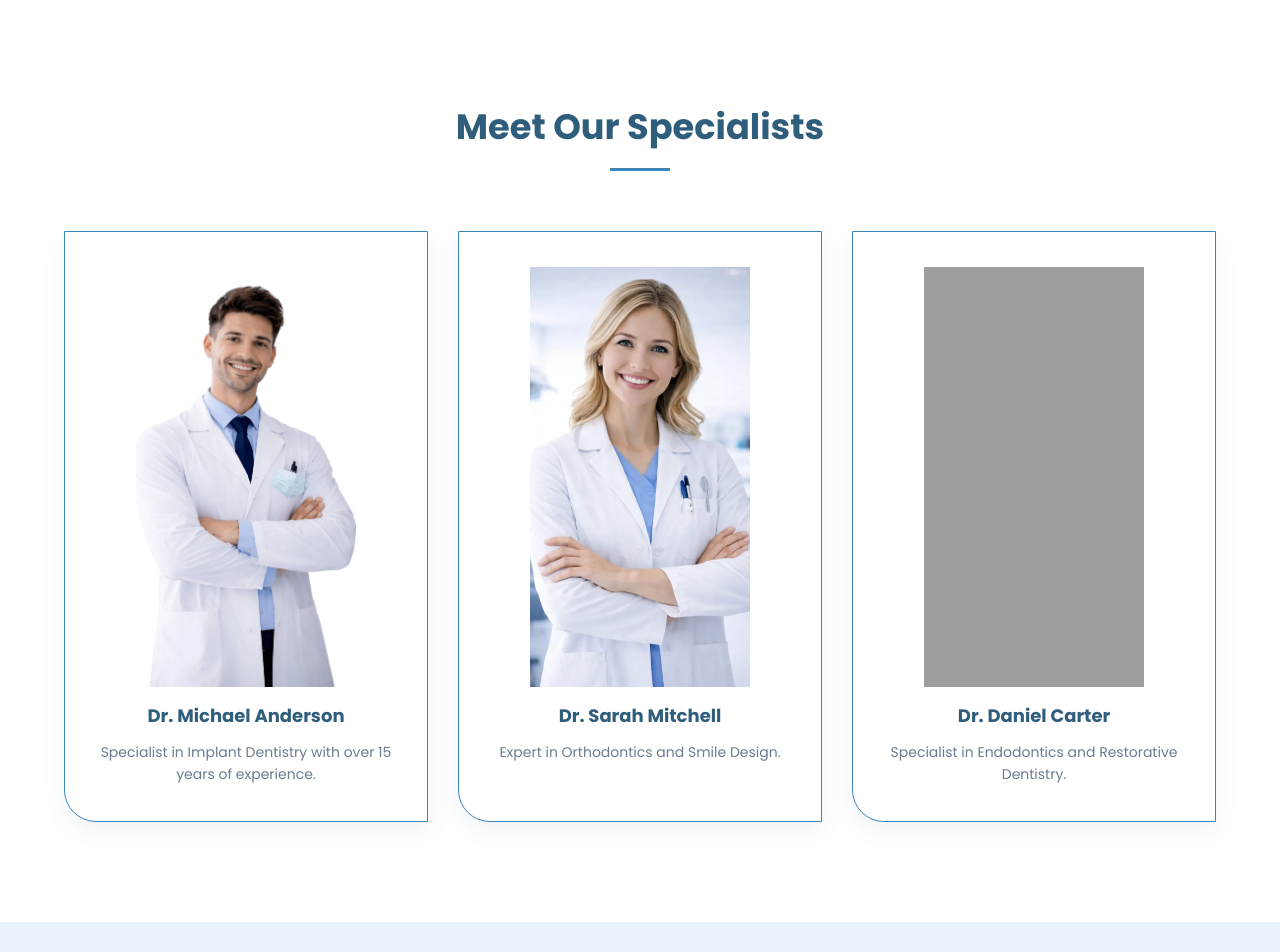
Repository: davidfsillva/OdontoPrime
Page: about.html
The author's editor kept a copy of each file at every save. The page is drawn from the files as they stood at one save, then again after a run of saves.
The browser window is 1280 px wide. The pictures show the part of the page from y = 1580 to 2532 px (the page is 3673 px tall).
Pictures or frames that could not be fetched are drawn as grey boxes. A picture or video elsewhere on the page could not be fetched, so the positions and the page height are approximate.

Above is the page before, as saved 2026-02-16 22:11:53.

### about.html
<!DOCTYPE html>
<html lang="en">
<head>
<meta charset="UTF-8">
<meta name="viewport" content="width=device-width, initial-scale=1.0">
<title>About - OdontoPrime Excellence</title>

<link rel="stylesheet" href="style.css">
<link href="https://fonts.googleapis.com/css2?family=Poppins:wght@300;400;600;700&display=swap" rel="stylesheet">
</head>

<body>

<!-- HEADER -->
<header>
    <div class="container nav-container">
        <div class="logo">OdontoPrime</div>

        <nav id="nav">
            <a href="index.html">Home</a>
            <a href="about.html" class="active">About</a>
            <a href="services.html">Services</a>
            <a href="contact.html">Contact</a>
        </nav>

        <div class="menu-toggle" onclick="toggleMenu()">☰</div>
    </div>
</header>

<!-- HERO ABOUT -->
<section class="hero hero-about">
    <div class="container hero-content">
        <div class="hero-text">
            <h1>About OdontoPrime Excellence</h1>
            <p>
                Dedicated to delivering advanced dental care with precision,
                innovation, and a patient-centered approach.
            </p>
        </div>
    </div>
</section>

<!-- OUR STORY -->
<section class="about-preview">
    <div class="container about-grid">
        <div class="about-text">
            <h2>Our Story</h2>
            <p>
                Founded over a decade ago, OdontoPrime Excellence was created with a clear mission:
                to redefine modern dentistry through innovation, comfort, and excellence.
                Our clinic combines advanced technology with a humanized approach,
                ensuring each patient receives personalized and comprehensive care.
            </p>

            <p>
                Over the years, we have built a reputation for delivering long-lasting results,
                aesthetic precision, and preventive solutions that promote complete oral health.
            </p>
        </div>

        <div class="about-image">
            <img src="img/clinic-interior.webp" alt="Dental clinic interior">
        </div>
    </div>
</section>

<!-- MISSION VISION VALUES -->
<section class="departments">
    <div class="container">
        <h2>Our Principles</h2>

        <div class="dept-grid">

            <div class="card">
                <h3>Our Mission</h3>
                <p>
                    To provide exceptional dental care using modern techniques,
                    ensuring comfort, safety, and long-term oral health.
                </p>
            </div>

            <div class="card">
                <h3>Our Vision</h3>
                <p>
                    To become a reference in advanced aesthetic and restorative dentistry,
                    recognized for innovation and patient satisfaction.
                </p>
            </div>

            <div class="card">
                <h3>Our Values</h3>
                <p>
                    Ethics, transparency, precision, empathy, and commitment
                    to excellence in every treatment performed.
                </p>
            </div>

        </div>
    </div>
</section>

<!-- OUR TEAM -->
<section class="why-us">
    <div class="container">
        <h2>Meet Our Specialists</h2>

        <div class="dept-grid">

            <div class="card">
                <img src="img/dr - Copia.png" alt="Lead dentist">
                <h3>Dr. Michael Anderson</h3>
                <p>Specialist in Implant Dentistry with over 15 years of experience.</p>
            </div>

            <div class="card">
                <img src="img/sara.webp" alt="Orthodontist">
                <h3>Dr. Sarah Mitchell</h3>
                <p>Expert in Orthodontics and Smile Design.</p>
            </div>

            <div class="card">
                <img src="img/dentist3.webp" alt="Endodontist">
                <h3>Dr. Daniel Carter</h3>
                <p>Specialist in Endodontics and Restorative Dentistry.</p>
            </div>

        </div>
    </div>
</section>

<!-- WHY CHOOSE US EXTENDED -->
<section class="about-preview">
    <div class="container about-grid">

        <div class="about-image">
            <img src="img/technology.webp" alt="Dental technology">
        </div>

        <div class="about-text">
            <h2>Advanced Technology & Comfort</h2>
            <p>
                We invest in state-of-the-art dental equipment to provide
                minimally invasive treatments, faster recovery, and superior accuracy.
            </p>

            <p>
                Our clinic environment is designed to reduce anxiety and ensure
                maximum comfort from the first consultation to the final result.
            </p>
        </div>

    </div>
</section>

<!-- CALL TO ACTION -->
<section class="departments">
    <div class="container" style="text-align:center;">
        <h2>Ready to Transform Your Smile?</h2>
        <p style="max-width:600px; margin:20px auto; color:var(--text-medium);">
            Schedule your consultation today and discover a new standard of dental excellence.
        </p>

        <a href="contact.html" class="btn-view">Book Your Consultation</a>
    </div>
</section>

<!-- FOOTER -->
<footer>
    <p>© 2026 OdontoPrime - All Rights Reserved</p>
</footer>

<script>
function toggleMenu(){
    document.getElementById("nav").classList.toggle("active");
}
</script>

</body>
</html>

### style.css
:root{

    --primary-blue: #2F5D7C;
    --secondary-blue: #4F7FA3;
    --accent-blue: #3A86B9;

    --bg-light: #EAF3F9;
    --white: #FFFFFF;
    --off-white: #E6EEF5;

    --text-dark: #2E3A46;
    --text-medium: #6B7C8F;

    --hero-gradient-start: rgba(47, 93, 124, 0.95);
    --hero-gradient-end: rgba(79, 127, 163, 0.85);

    --shadow-soft: 0 5px 20px rgba(47, 93, 124, 0.08);
}

*{
    margin:0;
    padding:0;
    box-sizing:border-box;
    font-family:'Poppins', sans-serif;
}

body{
    background:var(--bg-light);
    color:var(--text-dark);
}

.container{
    width:90%;
    max-width:1200px;
    margin:auto;
}

/* HEADER */

nav{
    display:flex;
    align-items:center;
}

header{
    position:absolute;
    width:100%;
    padding:25px 0;
    z-index:1000;
    background:transparent;
}

.nav-container{
    display:flex;
    justify-content:space-between;
    align-items:center;
}

.logo{
    font-weight:700;
    font-size:1.9rem;
    color:var(--white);
    text-shadow: 0 3px 8px rgba(0, 0, 0, 0.5);
}

nav a{
    margin-left:25px;
    text-decoration:none;
    color:var(--white);
    font-weight:500;
    transition:0.3s;
}

nav a:hover{
    color:var(--accent-blue);
}

.menu-toggle{
    display:none;
    font-size:24px;
    cursor:pointer;
    color:var(--white);
}

nav a.active{
    color: var(--accent-blue);
    font-weight: 600;
    position: relative;
}

/* HERO */

.hero{
    min-height:100vh;
    display:flex;
    align-items:center;
    background:
    linear-gradient(to right,
    rgba(79, 127, 163, 0.438),
    rgba(58, 134, 185, 0.048)),
    url('img/hero.webp') center/cover no-repeat;
    color:var(--white);
    padding:0 0;
    position:relative;
}

.hero-content{
    width:100%;
}

.hero-text{
    max-width:600px;
}

.hero h1{
    font-size:2.8rem;
    margin-bottom:20px;
    font-weight:700;
    line-height:1.2;
    text-shadow: 0 3px 8px rgba(0, 0, 0, 0.5);
}

.hero p{
    margin-bottom:25px;
    max-width:500px;
    font-size:16px;
    line-height:1.6;
    color:var(--white);
    text-shadow: 0 3px 8px rgba(0, 0, 0, 0.5);
}

.hero-about{
    background: var(--primary-blue);
    min-height: 60vh;
}


/* HERO STATS */

.hero-stats{
    position:absolute;
    bottom:0px;
    left:60%;
    transform:translateX(-50%);
    width:90%;
    max-width:1100px;
    display:grid;
    grid-template-columns:repeat(auto-fit, minmax(180px,1fr));
    gap:20px;
    padding:25px 40px;
    background:rgba(255,255,255,0.15);
    backdrop-filter:blur(15px);
    -webkit-backdrop-filter:blur(15px);
    border-radius:20px 0px 0px 0px;
    border:1px solid rgba(255,255,255,0.2);
}

.stat-item{
    text-align:center;
    color:var(--white);
}

.stat-item h2{
    font-size:2rem;
    font-weight:700;
}

.stat-item p{
    font-size:0.9rem;
    opacity:0.9;
}

/* BUTTONS */

.btn{
    padding:14px 30px;
    background:var(--white);
    border:none;
    color:var(--primary-blue);
    font-weight:600;
    border-radius:30px;
    cursor:pointer;
    transition:0.3s;
}

.btn:hover{
    background:var(--accent-blue);
    color:var(--white);
    transform:translateY(-3px);
}

.btn-view {
    padding:14px 30px;
    background:var(--accent-blue);
    border:none;
    color:var(--white);
    font-weight:600;
    border-radius:30px;
    cursor:pointer;
    transition:0.3s;
    text-decoration: none;
    text-align: center;
    display: block;
    width: fit-content;
    margin:40px auto 0;
}

.btn-view:hover {
    transform: translateY(-5px);
    box-shadow: 0 15px 30px rgba(0,0,0,0.2);
}

/* ABOUT */
.about-image{
    position:relative;
    overflow:hidden;
}


.about-preview{
    padding:100px 0;
}

.about-grid{
    display:grid;
    grid-template-columns:1fr 1fr;
    gap:60px;
    align-items:center;
}

.about-text h2{
    font-size:2.2rem;
    color:var(--primary-blue);
    margin-bottom:20px;
    position:relative;
}

.about-text h2::after{
    content:"";
    width:60px;
    height:3px;
    background:var(--accent-blue);
    display:block;
    margin-top:10px;
}

.about-text p{
    font-size:16px;
    line-height:1.8;
    color:var(--text-medium);
}

.about-grid img:not(.lead-dentist){
    width:100%;
    border-radius:20px;
}

.lead-dentist {
    border-radius: 30px; /* cantos arredondados */
    width: 60%;
    height: auto;
    margin: 0 auto;
    box-shadow: 0 8px 20px rgba(0,0,0,0.2); /* opcional: sombra suave */
    display: flex;
    justify-content: center; /* centraliza horizontalmente */
    align-items: center;     /* centraliza verticalmente se tiver altura */
}

/* DEPARTMENTS */

.departments{
    padding:100px 0;
}

.departments h2{
    text-align:center;
    font-size:2.2rem;
    color:var(--primary-blue);
    margin-bottom:60px;
    position:relative;
}

.departments h2::after{
    content:"";
    width:60px;
    height:3px;
    background:var(--accent-blue);
    display:block;
    margin:15px auto 0;
}

.dept-grid{
    display:grid;
    grid-template-columns: repeat(auto-fit, minmax(280px, 1fr));
    gap:30px;
}


.card {
    background:var(--white);
    padding:35px 25px;
    text-align:center;
    border-radius:18px;
    box-shadow:0 8px 25px rgba(47,93,124,0.08);
    transition:0.3s ease;


    border-radius: 0 0 0 32px;
    border:1px solid #3A86B9;

}

.why-card{
    border: none;
}


.card:hover{
    transform:translateY(-6px);
    box-shadow:0 15px 35px rgba(47,93,124,0.15);
}

/* Imagens dos cards de especialistas */
.why-us .card img {
    width: 220px;  /* aumenta para 120px de largura */
    height: 420px; /* garante que fique quadrada */
    object-fit: cover; /* mantém proporção e recorta se necessário */
    margin: 0 auto 15px auto; /* centraliza horizontalmente e dá espaçamento abaixo */
    display: block;
}


.card h3{
    font-size:18px;
    margin-bottom:12px;
    color:var(--primary-blue);
}

.card p{
    font-size:14px;
    line-height:1.6;
    color:var(--text-medium);
}

/* WHY SECTION FULL IMAGE CARDS */

.why-card {
    position: relative;
    overflow: hidden;
    padding: 0;
    height: 350px;
    border-radius: 20px;
}

.why-card img {
    width: 100%;
    height: 100%;
    object-fit: cover;
    display: block;
}

.why-card .card-content {
    position: absolute;
    bottom: 0;
    width: 100%;
    padding: 25px;
    background: linear-gradient(
        to top,
        rgba(0,0,0,0.75),
        rgba(0,0,0,0.2)
    );
    color: var(--white);
}

.why-card h3 {
    margin-bottom: 8px;
    color: var(--white);
}

.why-card p {
    color: rgba(255,255,255,0.9);
    font-size: 14px;
}


/* WHY US */

.why-us{
    padding:100px 0;
    background:var(--white);
}

.why-us h2{
    text-align:center;
    font-size:2.2rem;
    margin-bottom:60px;
    color:var(--primary-blue);
    position:relative;
}

.why-us h2::after{
    content:"";
    width:60px;
    height:3px;
    background:var(--accent-blue);
    display:block;
    margin:15px auto 0;
}

.contact-grid{
    display:grid;
    grid-template-columns:1fr 1fr;
    gap:60px;
    align-items:start;
}


/* FOOTER */

footer{
    background:var(--primary-blue);
    color:var(--white);
    text-align:center;
    padding:30px;
    font-size:14px;
}

/* RESPONSIVE */

/* =========================
   RESPONSIVE
========================= */
@media (max-width: 768px) {

    /* NAVIGATION */
    nav {
        position: absolute;
        top: 80px;
        right: 0;
        background: var(--white);
        flex-direction: column;
        width: 200px;
        display: none;
        box-shadow: var(--shadow-soft);
    }

    nav a {
        padding: 15px;
        margin: 0;
        border-bottom: 1px solid var(--off-white);
        color: var(--text-dark);
    }

    nav.active {
        display: flex;
    }

    .menu-toggle {
        display: block;
    }

        /* HERO INTERNO (about, services, contact) */
    .hero-about,
    .hero-services,
    .hero-contact {
        min-height: 45vh;
        display: flex;
        align-items: center;
        justify-content: center;
        text-align: center;
        padding: 100px 20px 40px;
    }

    .hero-about h1,
    .hero-services h1,
    .hero-contact h1 {
        font-size: 1.6rem;
    }

    .hero-about p,
    .hero-services p,
    .hero-contact p {
        font-size: 0.95rem;
        max-width: 100%;
        margin: 0 auto;
    }

    /* ABOUT GRID */
    .about-grid {
        grid-template-columns: 1fr;
        gap: 30px;
        text-align: center;
    }

    .about-text h2 {
        font-size: 1.6rem;
    }

    /* DEPARTMENTS / SERVICES GRID */
    .dept-grid {
        grid-template-columns: 1fr;
        gap: 20px;
    }

    .card {
        padding: 25px 20px;
    }

    /* WHY SECTION */
    .why-us {
        padding: 70px 0;
    }

    .why-card {
        height: 280px;
    }

    /* CONTACT PAGE (caso tenha form grid) */
    .contact-grid {
        grid-template-columns: 1fr;
        gap: 30px;
    }

    .contact-form input,
    .contact-form textarea {
        width: 100%;
    }

    .hero {
        flex-direction: column;
        justify-content: center;
        align-items: center;
        text-align: center;
        padding: 20px 20px 0;
        background:
            linear-gradient(to top,
            rgba(47, 93, 124, 0.048),
            rgba(47, 93, 124, 0.2)),
            url('img/hero-mobile.webp') center/cover no-repeat;
    }



    .hero h1 {
        font-size: 1.8rem;
    }

    .hero p {
        max-width: 100%;
    }

        .hero-stats {
        left: 50%;
        transform: translateX(-50%);
        width: 95%;
        max-width: 100%;
        border-radius: 20px 20px 0 0;
        padding: 10px 12px 10px;
        gap: 1px;
        grid-template-columns: repeat(2, 1fr);
    }

    .stat-item h2 {
        font-size: 1.4rem;
    }

    .stat-item p {
        font-size: 0.75rem;
    }



}

After the next 3 saves:
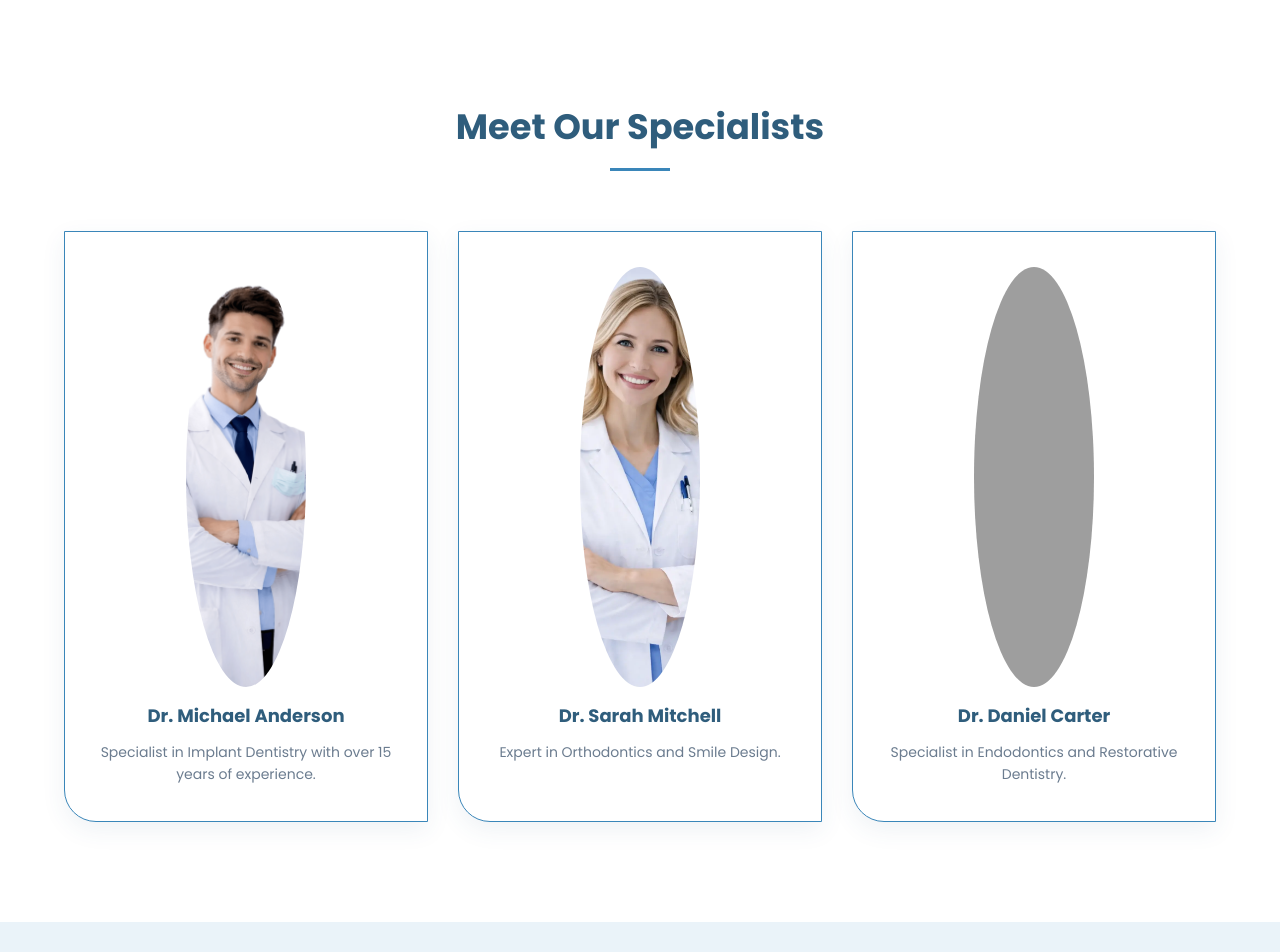
The 3 saves are shown as one change because they came seconds apart.
The last was saved 17 s later.
--- a/style.css
+++ b/style.css
@@ -322,9 +322,10 @@ nav a.active{
 
 /* Imagens dos cards de especialistas */
 .why-us .card img {
-    width: 220px;  /* aumenta para 120px de largura */
+    width: 120px;  /* aumenta para 120px de largura */
     height: 420px; /* garante que fique quadrada */
     object-fit: cover; /* mantém proporção e recorta se necessário */
+    border-radius: 50%; /* deixa redonda */
     margin: 0 auto 15px auto; /* centraliza horizontalmente e dá espaçamento abaixo */
     display: block;
 }
